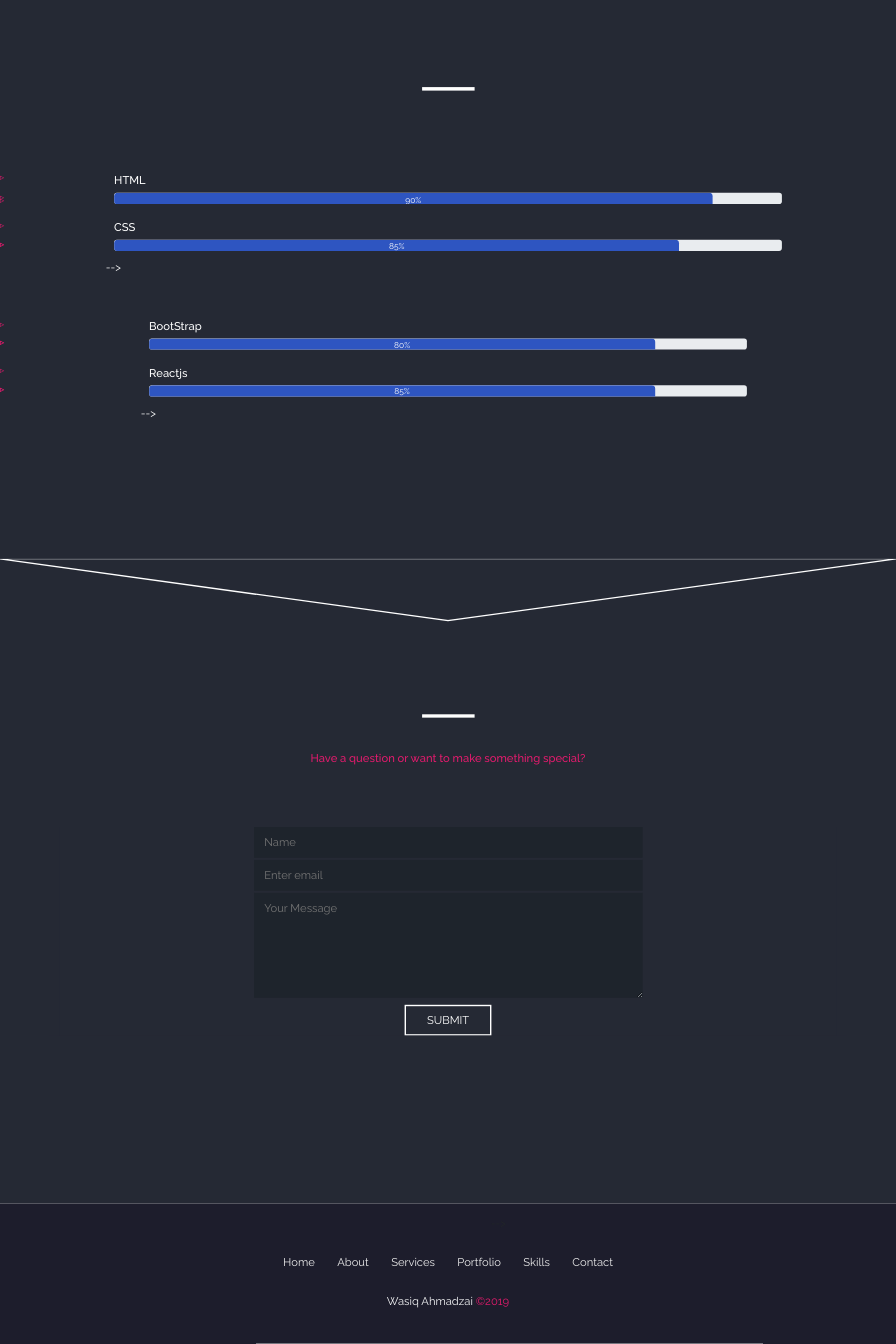
Repository: wasiqkhan/wasiqkhan.github.io
Page: index.html
These files come from the project's save history. The page is drawn as it stood at one moment and after the next save; the edit follows.
The browser window is 1280 px wide. The pictures show the part of the page from y = 3978 to 5898 px (the page is 5898 px tall before and 5850 px after), at 70% of full size.
Some web fonts or font styles are not loaded; a fallback is used.

Above is the page before, as saved 2020-11-06 16:52:43.
Not found: js/all.js
Not found: js/app.js
Not found: js/particles.js

After the next save:
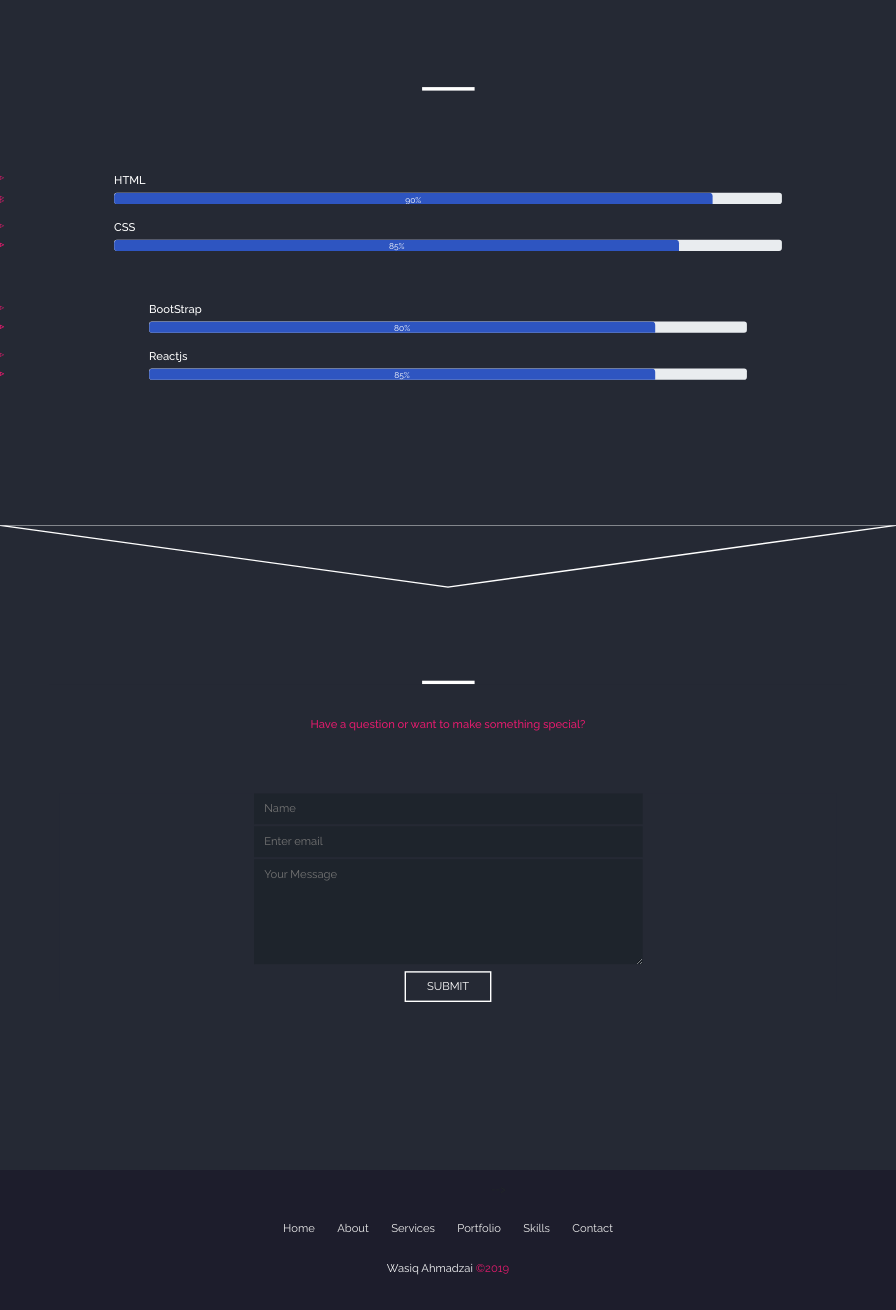
Saved 25 s later.
--- a/index.html
+++ b/index.html
@@ -350,7 +350,7 @@
                     85%
                   </div>
                 </div>
-              </div> -->
+              </div>
 
             <div class="skill-group">
                <div class="skill-item filter frontend">
@@ -374,7 +374,7 @@
                       85%
                     </div>
                   </div>
-                </div> -->
+                </div>
             </div>
           </div>
         </div>
